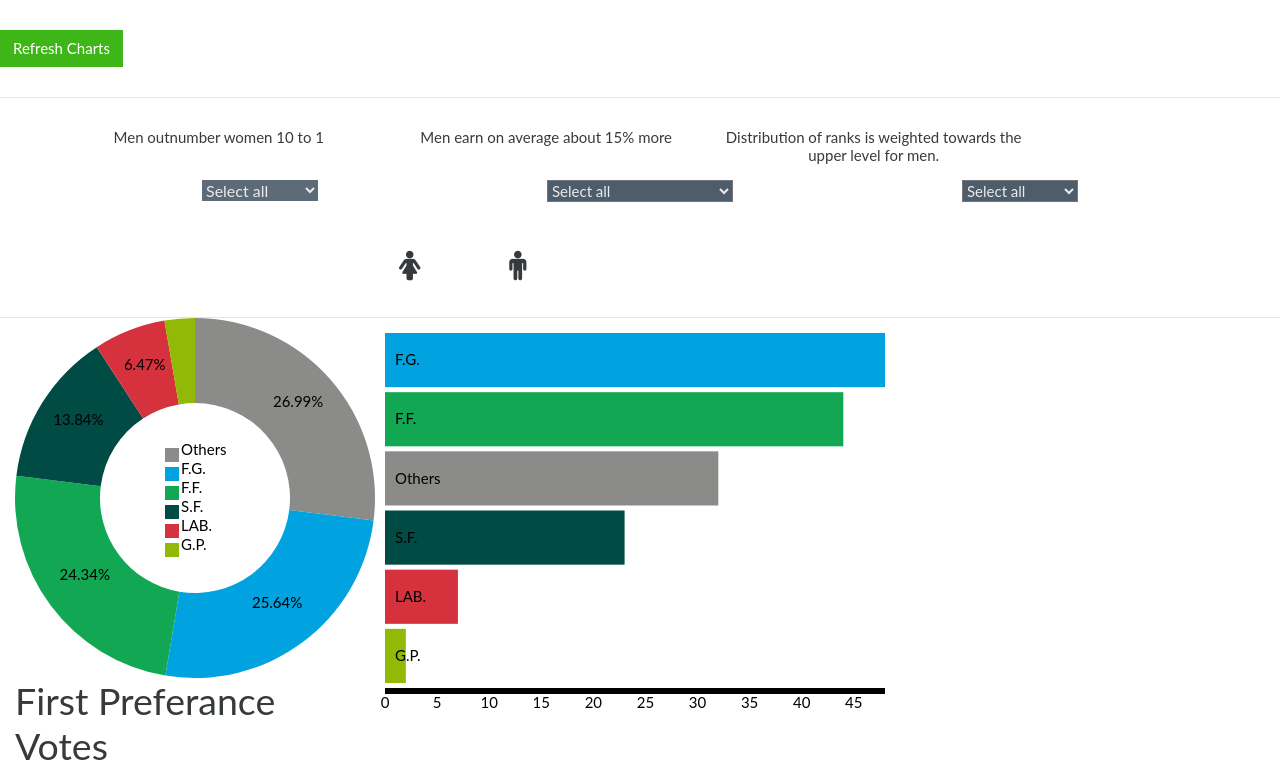
Repository: pauldardis/project-2-test
Page: index.html
The author's editor kept a record of every edit. The page is drawn from the files as they stood at one moment, then again after the next edit.
The browser window is 1280 px wide. The pictures show the whole page.

Above is the page before.
Console error: TypeError: Cannot read properties of null (reading 'textContent')

### index.html
<!DOCTYPE html>
<html lang="en">

<head>
    <meta charset="UTF-8">
    <meta name="viewport" content="width=device-width, initial-scale=1.0">
    <meta http-equiv="X-UA-Compatible" content="ie=edge">
    <title>Dashboard</title>

    <link rel="stylesheet" href="assets/css/bootstrap.min.css" type="text/css" />
    <!--<link rel="stylesheet" href="assets/css/dc.min.css" type="text/css" />-->
    <link rel="stylesheet" type="text/css" href="https://maxcdn.bootstrapcdn.com/font-awesome/4.7.0/css/font-awesome.min.css">
    <link rel="stylesheet" href="assets/css/style.css" type="text/css" />


    <script type="text/javascript" src="assets/js/d3.min.js"></script>
    <script type="text/javascript" src="assets/js/crossfilter.min.js"></script>
    <script type="text/javascript" src="assets/js/dc.min.js"></script>
    <script type="text/javascript" src="assets/js/queue.min.js"></script>
    <script type="text/javascript" src="assets/js/graps.js"></script>

</head>

<body>

    <section class="section">
        <div id="refresh-button">
            <button type="submit" class="btn btn-success" onClick="refreshPage()">Refresh Charts</button>
        </div>
    </section>




    <section class="section">
        <div class="container">
            <div class="row">
                <div class="row">
                    <div class="col-xs-12 col-sm-4 text-center">
                        <p class="section-paragraph">Men outnumber women 10 to 1</p>
                    </div>
                    <div class="col-xs-12 col-sm-4 text-center">
                        <p class="section-paragraph">Men earn on average about 15% more</p>
                    </div>
                    <div class="col-xs-12 col-sm-4 text-center">
                        <p class="section-paragraph">Distribution of ranks is weighted towards the upper level for men.</p>
                    </div>
                </div>
                <div class="container">
                    <div class="row">
                        <div class="col-xs-12 col-sm-4 col-md-4 col-lg-4 text-center custom-chart" id="region-selector"></div>
                        <div class="col-xs-12 col-sm-4 col-md-4 col-lg-4 text-center custom-chart" id="constituency-selector"></div>
                        <div class="col-xs-12 col-sm-4 col-md-4 col-lg-4 text-center custom-chart" id="elected-selector"></div>
                    </div>
                </div>
            </div>
        </div>
        <div class="row col-12"></div>
        <div class="col-xs-12 col-sm-12 col-lg-12 gender-box">
            <i class="fa fa-female fa-gender" aria-hidden="true"></i> <span class="number-box" id="percent-of-women-professors"></span>
            <i class="fa fa-male fa-gender" aria-hidden="true"></i> <span class="number-box" id="percent-of-men-professors"></span>
        </div>
    </section>

    <section>
        <div class="container-fluid">
            <div class="row">
                <div class="col-xs-12 col-sm-6 col-md-3 col-lg-3">
                    <div>
                        <div>
                            <div class=" " id="party_first_preference_graphs"></div>
                            <h1><strong>First Preferance Votes</strong></h1>
                        </div>
                    </div>
                </div>
                <div class="col-xs-12 col-sm-6 col-md-3 col-lg-3">
                    <div>
                        <div>
                            <div class="" id="candidate-graph"></div>
                        </div>
                    </div>
                </div>
                <div class="col-xs-12 col-sm-6 col-md-3 col-lg-3">
                    <div>
                        <div>
                            <div class="" id="xx">
                            </div>
                        </div>
                    </div>
                </div>
                <div class="col-xs-12 col-sm-6 col-md-3 col-lg-3">
                    <div>
                        <div>
                            <!--<div class="" id="candidate-graph">-->
                            </div>
                        </div>
                    </div>
                </div>
            </div>
    </section>



<!--<div class="" id="candidate-graph"></div>-->
<!--<div class="" id="candidate-graph-v2"></div>-->







    <!--<div class="col-xs-12 col-sm-6 col-md-3 col-lg-3 " id="party_first_preference_graphs"></div>-->
    <!--<div class="col-xs-12 col-sm-6 col-md-3 col-lg-3 text-center" id="party_total_votes_graphs"></div>-->
    <!--<div class="col-xs-12 col-sm-6 col-md-3 col-lg-3 text-center" id="candidate-first-preferance-graph"></div>-->
    <!--<div class="col-xs-12 col-sm-6 col-md-3 col-lg-3 text-center" id="candidate-total-votes-graph"></div>-->


    <section>
        <div class="container">
            <div class="row">
                <!--<div class="col-xs-12 col-sm-4 text-center" id="candidate-first-preferance-graph"></div>-->
                <!--<div class="col-xs-12 col-sm-4 text-center" id="candidate-total-votes-graph"></div>-->
            </div>
        </div>
    </section>








</body>

</html>

### assets/css/style.css
.gender-box {
	display: block;
	margin-left: auto;
	margin-right: auto;
	width: 40%;
}


.graph-box {
	display: block;
	margin-left: auto;
	margin-right: auto;
}


/*This removes the gridlines on the row chart but causes issue with x axesis */
/*.tick  { */
/*    display: none;*/
/*     }*/








/*.row {*/
/*	margin: 0px;*/
/*	padding: 0px;*/
/*}*/

/*.container {*/
/*	margin: 0px;*/
/*	padding: 0px;*/
/*}*/








.navbar-default {
	background-image: none;
	margin-bottom: 0;
}

.section-heading,
#discipline-selector {
	display: inline-block;
	float: none;
	margin: 0;
}

.section-heading {
	margin-bottom: 50px;
}

#discipline-selector {
	margin-left: 15px;
}

.number-box {
	margin-right: 75px;
}

.number-box,
.fa.fa-gender {
	font-size: 30px;
	font-weight: 500;
}

.fa-gender {
	margin-right: 10px;
}

.custom-chart {
	margin-bottom: 40px;
}

.section {
	border-bottom: 1px solid #e6e6e6;
	padding: 30px 0;
}

.section-paragraph {
	line-height: 1.2;
}

@import url("https://fonts.googleapis.com/css?family=Lato:300,400&display=swap");

/* BODY & HTML */
body {
    font-family: "Lato", sans-serif;
    font-weight: 400;
}

body,
html {
    width: 100%;
    height: 100%;
    padding: 0;
    margin: 0;
}

/* HEADINGS */
/* Styling of the dashboard title */

h1 {
    margin: 0;
}

/* Styling of heading 2 */

h2 {
    font-size: 1rem;
    font-weight: 300;
    margin-bottom: 0;
    margin-top: 15px;
}

/* SPINNER */
/* Spinner on data loading
spinner animation found on CodePen: https://codepen.io/judecodes/pen/PrBOvG?&page=1 */

.loader {
    z-index: 99;
    width: 200px;
    height: 200px;
    border-radius: 50%;
    border-top: 2px solid #2477b4;
    border-bottom: 2px solid transparent;
    border-left: 2px solid transparent;
    border-right: 2px solid transparent;
    animation: spin 3s linear infinite forwards;

    position: absolute;
    top: 0;
    bottom: 0;
    left: 0;
    right: 0;
    margin: auto;
}

.loader::before,
.loader::after {
    content: "";
    position: absolute;
    border-radius: 50%;
    border-top: 2px solid #2477b4;
    border-bottom: 2px solid transparent;
    border-left: 2px solid transparent;
    border-right: 2px solid transparent;
}

.loader::before {
    top: 7px;
    left: 7px;
    width: 178px;
    height: 178px;
    border-top: 2px solid #e6562e;
    animation: spin 2s linear infinite forwards;
}

.loader::after {
    top: 16px;
    left: 16px;
    width: 160px;
    height: 160px;
    border-top: 2px solid #f2893c;
    animation: spin 1s linear infinite forwards;
}

@keyframes spin {
    to {
        transform: rotate(360deg);
    }
}

/* Overlay styled to dim the background for spinner */

#overlay {
    z-index: 98;
    position: fixed;
    top: 0;
    left: 0;
    height: 100%;
    width: 100%;
    background: rgba(0, 0, 0, .5);
}

/* BACK TO TOP BUTTON */
/* Back to top button inspired by this Codepen solution: https://codepen.io/matthewcain/pen/ZepbeR */

#button {
    display: inline-block;
    background-color: transparent;
    color: #DF691A;
    border: 1px solid #DF691A;
    width: 50px;
    height: 50px;
    text-align: center;
    border-radius: 3px;
    position: fixed;
    bottom: 30px;
    right: 30px;
    transition: background-color .3s,
    opacity .5s, visibility .5s;
    opacity: 0;
    visibility: hidden;
    z-index: 97;
}

#button::after {
    content: "\f077";
    font-family: FontAwesome;
    font-weight: normal;
    font-style: normal;
    font-size: 2em;
    line-height: 50px;
}

#button:active {
    color: #ffffff;
    background-color: #DF691A;
}

#button.show {
    opacity: 1;
    visibility: visible;
}

/* REGIONAL SELECTOR */
/* Region selector menu styling */

#region-selector select {
    background: #5d6b78;
    border: #445360;
    color: #ebebeb;
    font-size: 1rem;
}

/* Select menu styling to match bootstrap theme */

select {
    background: #4e5d6c;
    color: #ebebeb;
}

/* CARDS */
/* Increasing size of font awesome icons */

.fa {
    font-size: 3rem;
}


/* Styles for tiles/cards */

.tile-s1,
.tile-s2,
.tile-s3 {
    max-width: 45rem;
}

.tile-s3 {
    min-height: 20rem;
}

.tile-s3 span {
    font-size: 1.5rem;
}

.tile-s4 {
    max-width: 70rem;
}

/* Card titles and filter label styled to uppercase */

.card-header,
.selector-label {
    text-transform: uppercase;
}

/* Number box font size increased to make it more prominent */

.number-box span {
    font-size: 1.5rem;
}

/* Shadow added to the chart tiles */

.shadow-box {
    box-shadow: 4px 4px 7px 0px rgba(61, 78, 94, 1);
}

/* Charts styling to fix the issue of responsiveness */

#composite-hour,
#composite-month {
    height: 300px;
    width: 750px;
}

/* Increasing the size of a viewbox so charts are bigger */

#accidents-severity,
#rd-type-split {
    height: 400px;
    width: 460px;
}

#severity-distribution {
    height: 400px;
    width: 380px;
}

/* DATA COUNT & RESET
/* Changing default margins to create some space between count feature and other sections */

.dc-data-count {
    margin: 10px 0;
}

/* Reset button  - border-radius added to match back0to0top button and shadow box removed*/

#reset-button {
    border-radius: 3px;
}

#reset-button:focus {
    box-shadow: none;
}

/* FOOTER */
/* adding margin so footer ellements have some space inbetween on smaller devices */

.footer-item {
    margin-bottom: 10px;
}

/* Underlining removed from all links */

a:hover {
    text-decoration: none;
}

/* MEDIA QUERIES */

@media only screen and (min-width: 1200px) {

    .tile-s2 {
        min-height: 30rem;
    }

}

@media only screen and (max-width: 1200px) {

    h1 {
        font-size: 1.9rem;
    }

    #stacked-chart {
        max-width: 70rem;
    }

}

@media only screen and (max-width: 992px) {

    .card-header {
        font-size: 0.7rem;
    }

    .number-box span {
        font-size: 1.2rem;
    }

}

/* media query created to make number display element look better, to add more space between the chart and the number */

@media only screen and (max-width: 767px) {

    .number-box span {
        font-size: 1.5rem;
    }

    .card-header,
    .selector-label {
        font-size: 0.8rem;
    }

    #accidents-severity,
    #rd-type-split {
        height: 360px;
        width: 440px;
    }

    #severity-distribution {
        height: 370px;
        width: 360px;
    }

}

/* Adjustments to font sizes to avoid line break */

@media only screen and (max-width: 576px) {

    h1 {
        font-size: 2rem;
    }

    .card-header,
    .selector-label {
        font-size: 1rem;
    }

    .navbar-brand {
        font-size: 1rem;
    }

    /* height adjusted to reduce space at top and the bottom of the chart (within the card) */
    #composite-hour,
    #composite-month {
        height: 120px;
    }

    #accidents-severity,
    #rd-type-split {
        height: 260px;
    }

}

@media only screen and (max-width: 375px) {

    #severity-distribution {
        height: 250px;
    }

}

/* Solution to sticky hover on mobile devices found here: https://medium.com/@ferie/detect-a-touch-device-with-only-css-9f8e30fa1134 */

@media (hover: hover) {

    #button:hover {
        cursor: pointer;
        background-color: #DF691A;
        color: #ffffff;
    }

}

### assets/js/graps.js
queue()
    .defer(d3.csv, "assets/data/election-2016.csv")
    .await(makeGraphs);



function makeGraphs(error, salesData) {
    var ndx = crossfilter(salesData);



    // these are the working graphs
    region_selector(ndx);
    constituency_selector(ndx);
    elected_selector(ndx);
    show_count_elected_by_gender(ndx, "F", "#count-of-women-elected");
    show_count_elected_by_gender(ndx, "M", "#count-of-men-elected");
    show_count_candidate_gender(ndx, "F", "#count-of-women-elected_1");
    show_count_candidate_gender(ndx, "M", "#count-of-men-elected_1");
    party_first_preference_graphs(ndx);
    candidate_graphs(ndx);






    // these are the graphs in test

    party_total_votes_graphs(ndx);
    candidate_first_preferance_graphs(ndx);
    candidate_total_votes_graphs(ndx);
    candidate_graphs_v2(ndx);


    dc.renderAll();
}


// This is the working section



function refreshPage() {
    window.location.reload();
}

function region_selector(ndx) {
    var dim = ndx.dimension(dc.pluck('Region'));
    group = dim.group();

    dc.selectMenu("#region-selector")
        .dimension(dim)
        .group(group);
}

function constituency_selector(ndx) {
    var dim = ndx.dimension(dc.pluck('Constituency_Name'));
    group = dim.group();

    dc.selectMenu("#constituency-selector")
        .dimension(dim)
        .group(group);
}

function elected_selector(ndx) {
    var dim = ndx.dimension(dc.pluck('Result'));
    group = dim.group();

    dc.selectMenu("#elected-selector")
        .dimension(dim)
        .group(group);
}















function party_first_preference_graphs(ndx) {

    var dim = ndx.dimension(dc.pluck('Party_Abbreviation'));
    var group = dim.group().reduceSum(dc.pluck('Count_1'));

    dc.pieChart('#party_first_preference_graphs')
        .height(360)
        .width(360)
        .innerRadius(95)
        .transitionDuration(1500)
        .colors(d3.scale.ordinal().range(["#8B8C8A", "#00A3DF", "#12A853", "#014B45", "#D6323D", "#91B905"]))
        .dimension(dim)
        .renderLabel(true)
        .legend(dc.legend().x(150).y(130).itemHeight(14).gap(5))
        .title(function(d) {
            return d.key + ": " + ((d.value / d3.sum(group.all(),
                function(d) { return d.value; })) * 100).toFixed(2) + "%";
        })
        .on("pretransition", function(chart) {
            chart.selectAll("text.pie-slice").text(function(d) {
                if (dc.utils.printSingleValue(
                        (d.endAngle - d.startAngle) /
                        (2 * Math.PI) * 100) >= 6) {
                    return dc.utils.printSingleValue(
                        (d.endAngle - d.startAngle) /
                        (2 * Math.PI) * 100) + "%";
                }
            })
        })
        .group(group);
}


function candidate_graphs(ndx) {
    var dim = ndx.dimension(dc.pluck('Party_Abbreviation'));
    var group = dim.group().reduceSum(dc.pluck('Seat'));

    dc.rowChart("#candidate-graph")
        .width(600)
        .height(400)
        .colors(d3.scale.ordinal().range(["#00A3DF", "#12A853", "#8B8C8A", "#014B45", "#D6323D", "#91B905"]))
        .margins({ top: 10, right: 50, bottom: 30, left: 50 })
        .dimension(dim)
        .transitionDuration(1500)
        .elasticX(true)
        .group(group);
}



function show_count_elected_by_gender(ndx, gender, element) {
    var countThatAreElected = ndx.groupAll().reduce(
        function(p, v) {
            if (v.Gender === gender) {
                p.count++;
                if (v.Result === "Elected") {
                    p.are_elected++;
                }
            }
            return p;
        },
        function(p, v) {
            if (v.Gender === gender) {
                p.count--;
                if (v.Result === "Elected") {
                    p.are_elected--;
                }
            }
            return p;
        },
        function() {
            return { count: 0, are_elected: 0 };
        },
    );


    dc.numberDisplay(element)
        // .formatNumber(d3.format("2.s"))
        .valueAccessor(function(d) {
            if (d.count == 0) {
                return 0;
            }
            else {
                return (d.are_elected);
            }
        })
        .transitionDuration(1500)
        .group(countThatAreElected)
}




































//this is the testing section


function show_count_candidate_gender(ndx, gender, element) {
    var countThatArecandidate = ndx.groupAll().reduce(
        function(p, v) {
            if (v.Gender === gender) {
                p.count++;
                if (v.Result === "Excluded") {
                    p.are_excluded++;
                }
            }
            return p;
        },
        function(p, v) {
            if (v.Gender === gender) {
                p.count--;
                if (v.Result === "Excluded") {
                    p.are_excluded--;
                }
            }
            return p;
        },
        function() {
            return { count: 0, are_excluded: 0 };
        },
    );


    dc.numberDisplay(element)
        // .formatNumber(d3.format("2.s"))
        .valueAccessor(function(d) {
            if (d.count == 0) {
                return 0;
            }
            else {
                return (d.are_excluded);
            }
        })
        .transitionDuration(1500)
        .group(countThatArecandidate)
}





function candidate_graphs_v2(ndx) {

    var partyColors = d3.scale.ordinal()
        .domain(["F.G.", "F.F.", "Others", "S.F.", "LAB.", "G.P."])
        .range(["pink", "blue", "red", "yellow", "black", "green"]);

    var dim = ndx.dimension(dc.pluck('Party_Abbreviation'));
    var group = dim.group().reduceSum(dc.pluck('Seat'));


    var party_color = ndx.dimension(function(d) {
        return [d.Party_Abbreviation, d.Seat];
    });

    var partyGroup = party_color.group();

    // console.log(group.all());


    dc.barChart("#candidate-graph-v2")
        .width(1000)
        .height(300)
        .margins({ top: 10, right: 50, bottom: 30, left: 50 })
        .dimension(dim)
        // .colorAccessor(function(d) {
        //     return d.key[0];
        // })
        .colors(d3.scale.ordinal().range(["#e6550e", "#fd8c3d", "#3182bc", "#fd8c3d", "#fd8c3d", "#fd8c3d", "#fd8c3d"]))
        .group(group)
        .x(d3.scale.ordinal())
        .xUnits(dc.units.ordinal)
        .elasticY(true)
        .xAxisLabel("Region")
        .yAxis().ticks(10);


}


function party_total_votes_graphs(ndx) {
    var dim = ndx.dimension(dc.pluck('Party_Abbreviation'));
    var group = dim.group().reduceSum(dc.pluck('Seat'));

    dc.pieChart('#party_total_votes_graphs') /* targeting the div where we want the pie chart*/
        .height(360)
        .width(360)
        .innerRadius(95)
        .transitionDuration(1500)
        // .colors(d3.scale.ordinal().range(["#3182bc", "#fd8c3d", "#e6550e"]))
        .dimension(dim)
        .renderLabel(true)
        .legend(dc.legend().x(150).y(130).itemHeight(14).gap(5))
        // .radius(360)
        .group(group)
        .title();
}















// function party_total_votes_graphs(ndx) {

//     var dim = ndx.dimension(dc.pluck('Party_Abbreviation'));
//     var group = dim.group().reduceSum(dc.pluck('Total_Votes'));

//     dc.pieChart('#party_total_votes_graphs') /* targeting the div where we want the pie chart*/
//         .height(360)
//         .width(360)
//         .innerRadius(95)
//         .transitionDuration(1500)
//         // .colors(d3.scale.ordinal().range(["#3182bc", "#fd8c3d", "#e6550e"]))
//         .dimension(dim)
//         .renderLabel(true)
//         .legend(dc.legend().x(110).y(150).itemHeight(13).gap(5))
//         // .title(function(d) {
//         //     return d.key + ": " + ((d.value / d3.sum(group.all(),
//         //         function(d) { return d.value; })) * 100).toFixed(0) + "%";
//         // })
//         .on("pretransition", function(chart)
//         {
//             chart.selectAll("text.pie-slice").text(function(d) {
//                 if (dc.utils.printSingleValue(
//                         (d.endAngle - d.startAngle) /
//                         (2 * Math.PI) * 100) >= 6) {
//                     return dc.utils.printSingleValue(
//                         (d.endAngle - d.startAngle) /
//                         (2 * Math.PI) * 100) + "%";
//                 }
//             }
//             )
//             chart.select("svg")
//                 .attr("height", "100%")
//                 .attr("width", "100%")
//                 .attr("viewBox", "0 0 360 360");
//             chart.selectAll(".dc-legend-item text")
//                 .attr("fill", "#1D47FF")
//                 .text("")
//                 .append("tspan")
//                 .text(function(d) { return d.name; })
//                 .attr("x", 70)
//                 .attr("text-anchor", "end");
//         })
//         .group(group);
// }










function candidate_first_preferance_graphs(ndx) {
    var dim = ndx.dimension(dc.pluck('Candidate'));
    var group = dim.group().reduceSum(dc.pluck('Count_1'));


    dc.pieChart('#candidate-first-preferance-graph') /* targeting the div where we want the pie chart*/
        .height(360)
        .width(360)
        .radius(360)
        .innerRadius(95)
        .transitionDuration(1500)
        .dimension(dim)
        .group(group);
}

function candidate_total_votes_graphs(ndx) {
    var dim = ndx.dimension(dc.pluck('Candidate'));
    var group = dim.group().reduceSum(dc.pluck('Total_Votes'));


    dc.pieChart('#candidate-total-votes-graph') /* targeting the div where we want the pie chart*/
        .height(250)
        .radius(100)
        .innerRadius(30)
        .transitionDuration(1500)
        .dimension(dim)
        .group(group);
}












// Everything under here is in test















































// function show_revenue_graphs(ndx) {
//     var dim = ndx.dimension(dc.pluck('Candidate'));
//     var group = dim.group().reduceSum(dc.pluck('Total_Votes'));
//     // var group = dim.group();

//     dc.rowChart("#revenue-graph")
//         .width(600)
//         .height(2000)
//         .margins({ top: 10, right: 50, bottom: 30, left: 50 })
//         .dimension(dim)
//         .group(group);
// .transitionDuration(500)
// .x(d3.scale.ordinal())
// .xUnits(dc.units.ordinal)
// .elasticY(true)
// .xAxisLabel("Region")
// .yAxis().ticks(10);


// }


// function candidate_graphs(ndx) {
//     var dim = ndx.dimension(dc.pluck('Candidate'));
//     var group = dim.group().reduceSum(dc.pluck('Constituency_Name'));

//     dc.barChart("#candidate-graph")
//         .width(600)
//         .height(300)
//         .margins({ top: 10, right: 50, bottom: 30, left: 50 })
//         .dimension(dim)
//         .group(group)
//         .transitionDuration(500)
//         .x(d3.scale.ordinal())
//         .xUnits(dc.units.ordinal)
//         .elasticY(true)
//         .xAxisLabel("Region")
//         .yAxis().ticks(10);

// }

Loaded but not shown: assets/css/bootstrap.min.css (library); assets/js/d3.min.js (library); assets/js/crossfilter.min.js (library); assets/js/dc.min.js (library); assets/js/queue.min.js (common file)

After the next edit:
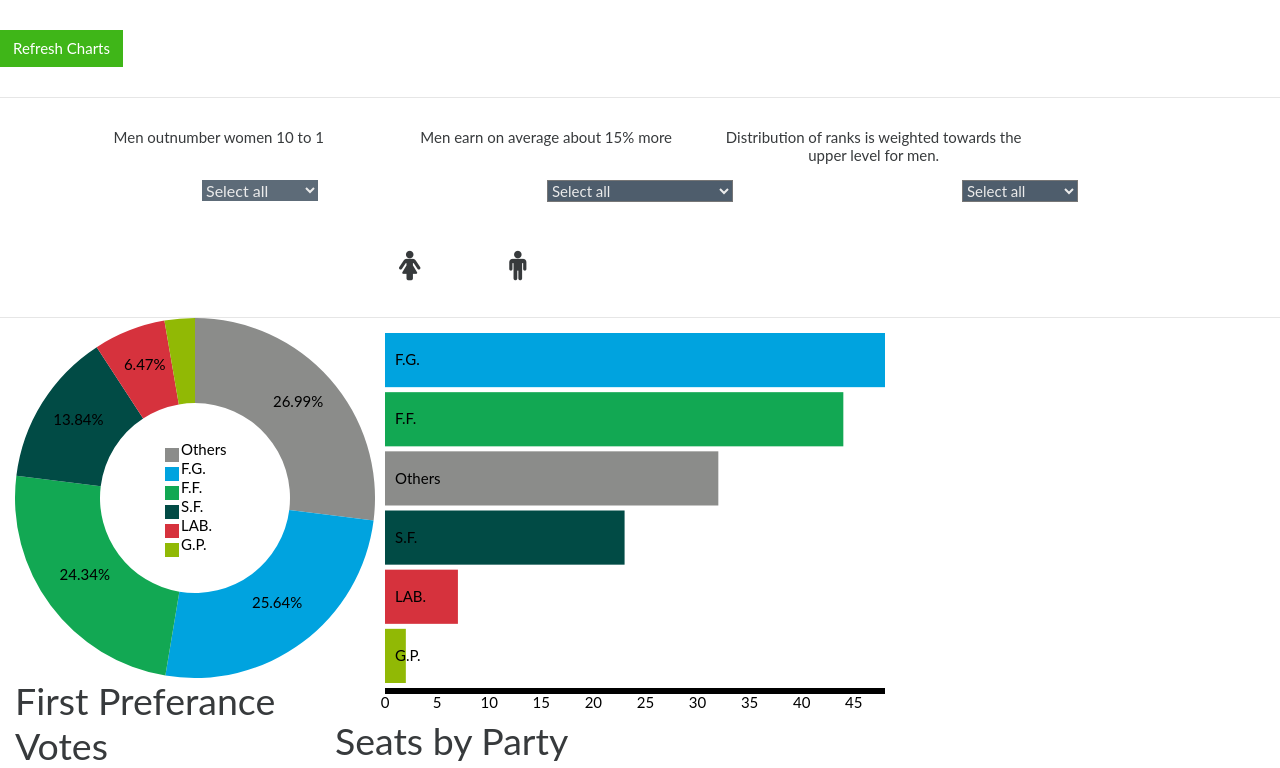
The edit:
--- a/index.html
+++ b/index.html
@@ -77,6 +77,7 @@
                     <div>
                         <div>
                             <div class="" id="candidate-graph"></div>
+                            <h1><strong>Seats by Party</strong></h1>
                         </div>
                     </div>
                 </div>
